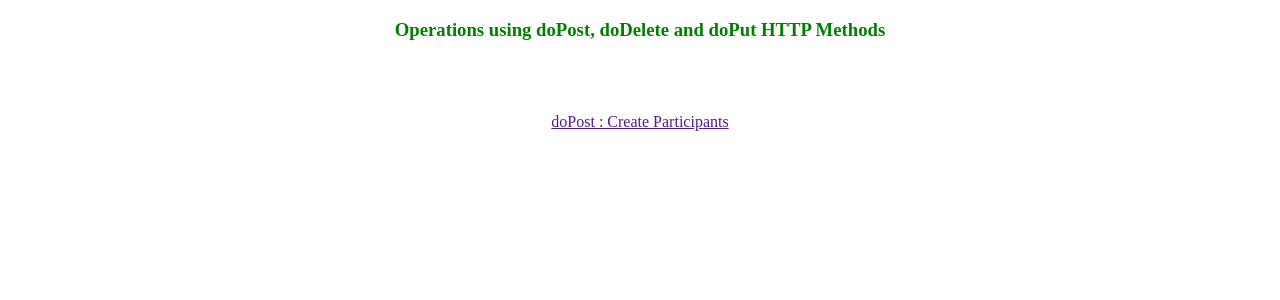
Repository: aparadamx/MavenServletJSP
Page: GymWebApp/src/main/webapp/index.html
These files come from the project's save history. The page is drawn as it stood at one moment and after the next save; the edit follows.
The browser window is 1280 px wide. The pictures show the whole page.

Above is the page before, as saved 2024-09-05 08:07:26.

### GymWebApp/src/main/webapp/index.html
<!DOCTYPE html>
<html>
<head>
<meta charset="UTF-8">
<title>Insert title here</title>
</head>
<body>
	<div>
		<h3 style="text-align:center ; color:green">Operations using doPost, doDelete and doPut HTTP Methods</h3><br><br><br>
	</div>

	<div style="text-align:center">
		<a href="">doPost : Create Participants</a><br>
	</div>

</body>
</html>

After the next save:
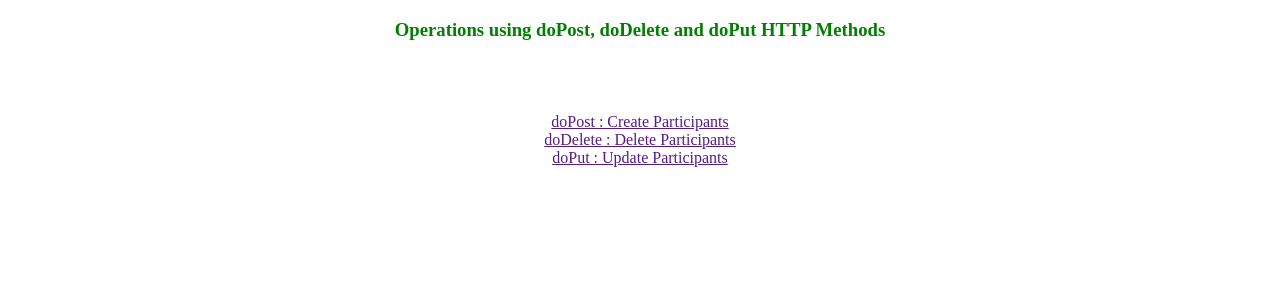
Saved 101 s later.
--- a/GymWebApp/src/main/webapp/index.html
+++ b/GymWebApp/src/main/webapp/index.html
@@ -13,5 +13,12 @@
 		<a href="">doPost : Create Participants</a><br>
 	</div>
 
+	<div style="text-align:center">
+		<a href="">doDelete : Delete Participants</a><br>
+	</div>
+
+		<div style="text-align:center">
+		<a href="">doPut : Update Participants</a><br>
+	</div>
 </body>
 </html>
